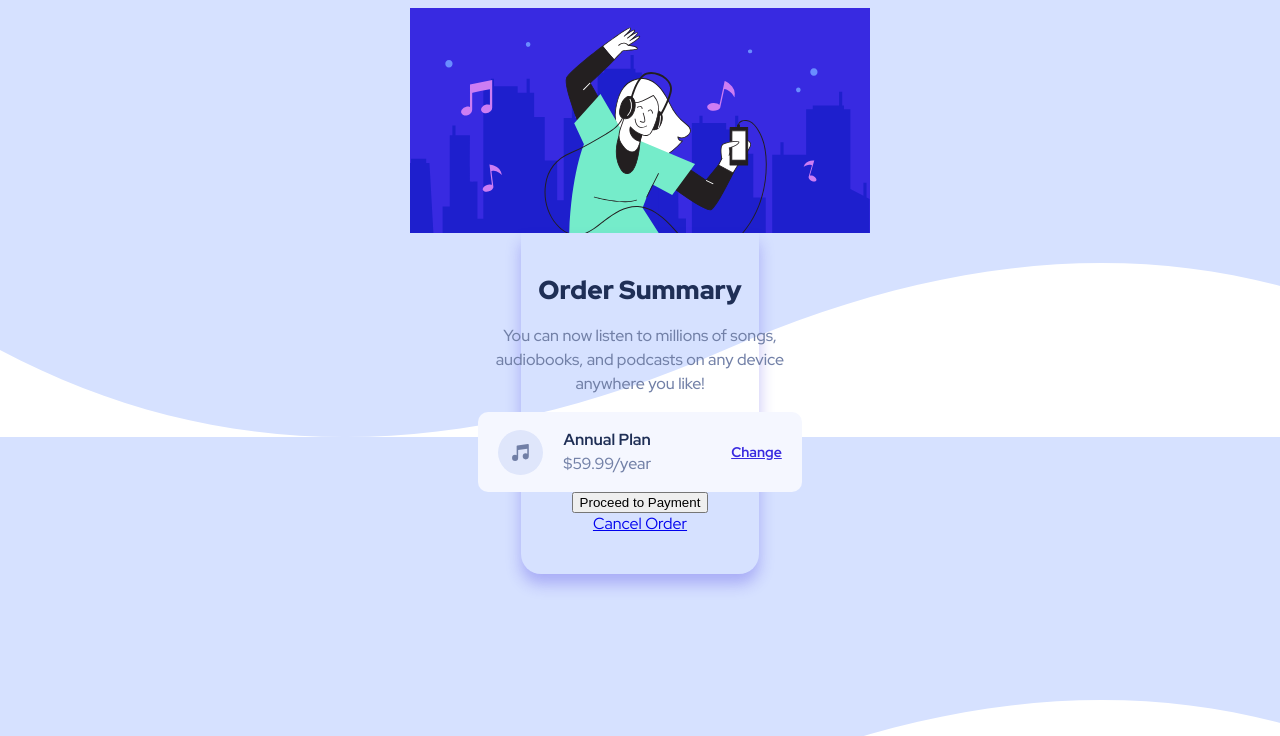
Repository: Pawan-pediredla/frontend-mentors
Page: order-summary-card/order-summary-component-main/markup/index.html
The author's editor kept a copy of each file at every save. The page is drawn from the files as they stood at one save, then again after the next save.
The browser window is 1280 px wide. The pictures show the whole page.

Above is the page before, as saved 2024-06-22 12:18:06.

After the next save:
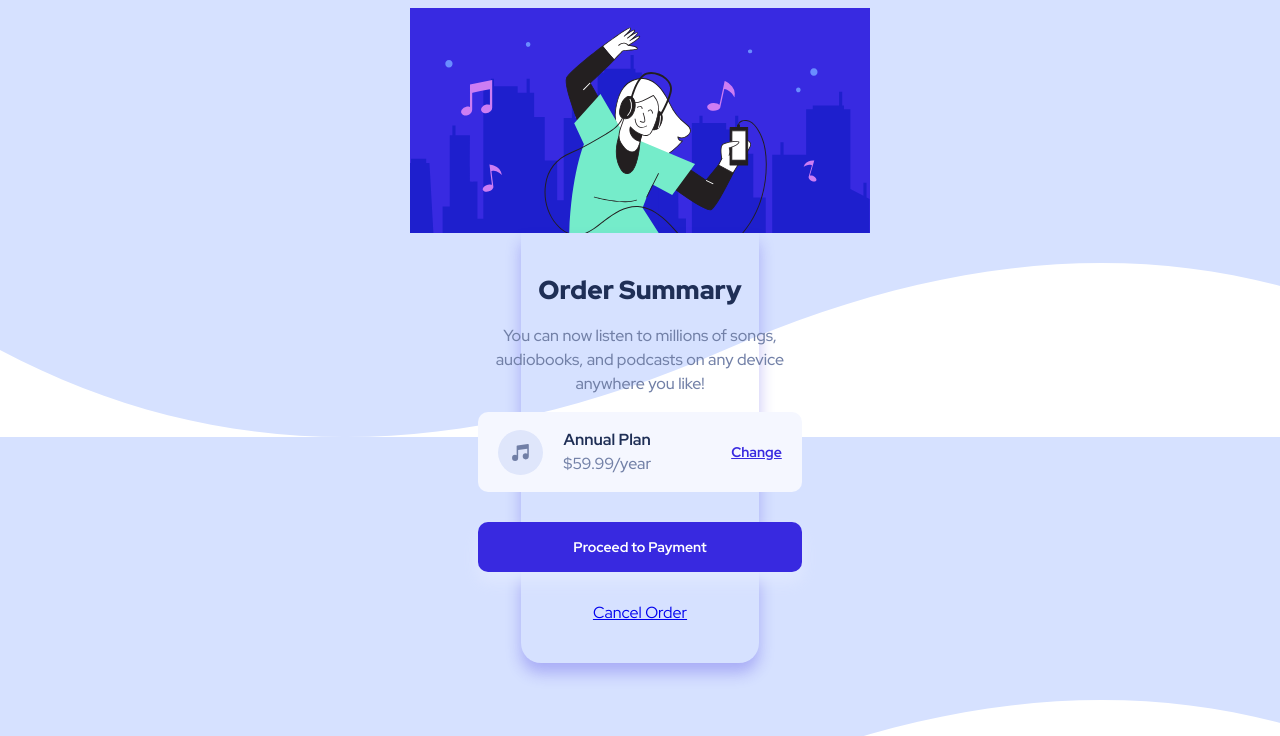
Saved 39 s later.
--- a/order-summary-card/order-summary-component-main/styling/index.css
+++ b/order-summary-card/order-summary-component-main/styling/index.css
@@ -95,3 +95,16 @@
     flex-direction: column;
     align-items: center;
   }
+  section.footer button {
+    width: 100%;
+    height: 50px;
+    font-family: "Red Hat Display", sans-serif;
+    color: #fff;
+    font-size: 14px;
+    font-weight: 700;
+    background: var(--bright-blue);
+    border: none;
+    border-radius: 10px;
+    margin: 30px 0;
+    box-shadow: 0px 10px 15px var(--pale-blue);
+  }
